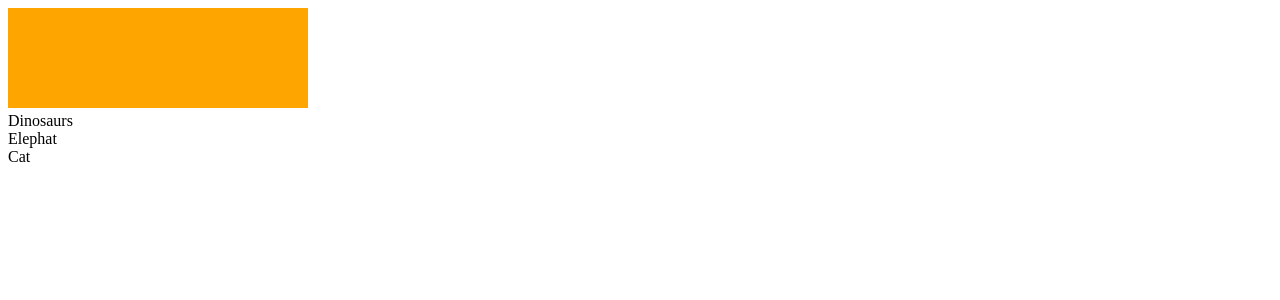
Repository: ajaytech/D3-sample-code
Page: D3 codes/D3SVG.html
The author's editor kept a record of every edit. The page is drawn from the files as they stood at one moment, then again after the next edit.
The browser window is 1280 px wide. The pictures show the whole page.

Above is the page before.

After the next edit:
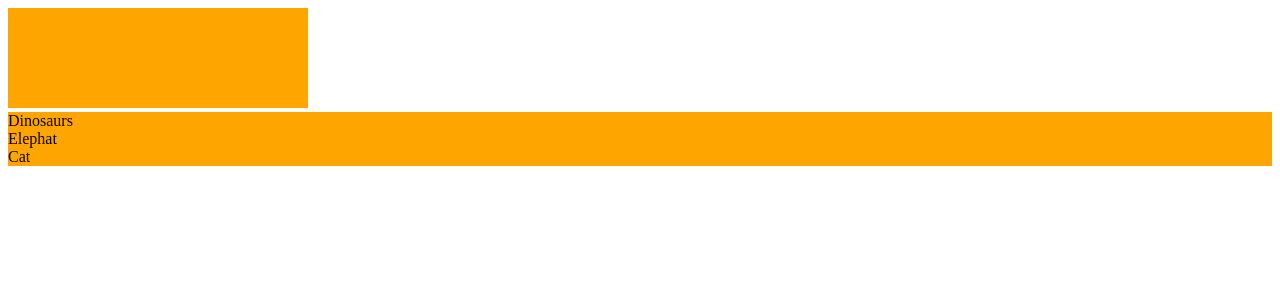
The edit:
--- a/D3 codes/D3SVG.html
+++ b/D3 codes/D3SVG.html
@@ -15,5 +15,12 @@
 <div>Elephat</div>
 <div>Cat</div>
 
+<script>
+    var svg = d3.selectAll("div").style("background","orange");
+
+
+
+
+</script>
 </body>
 </html>
